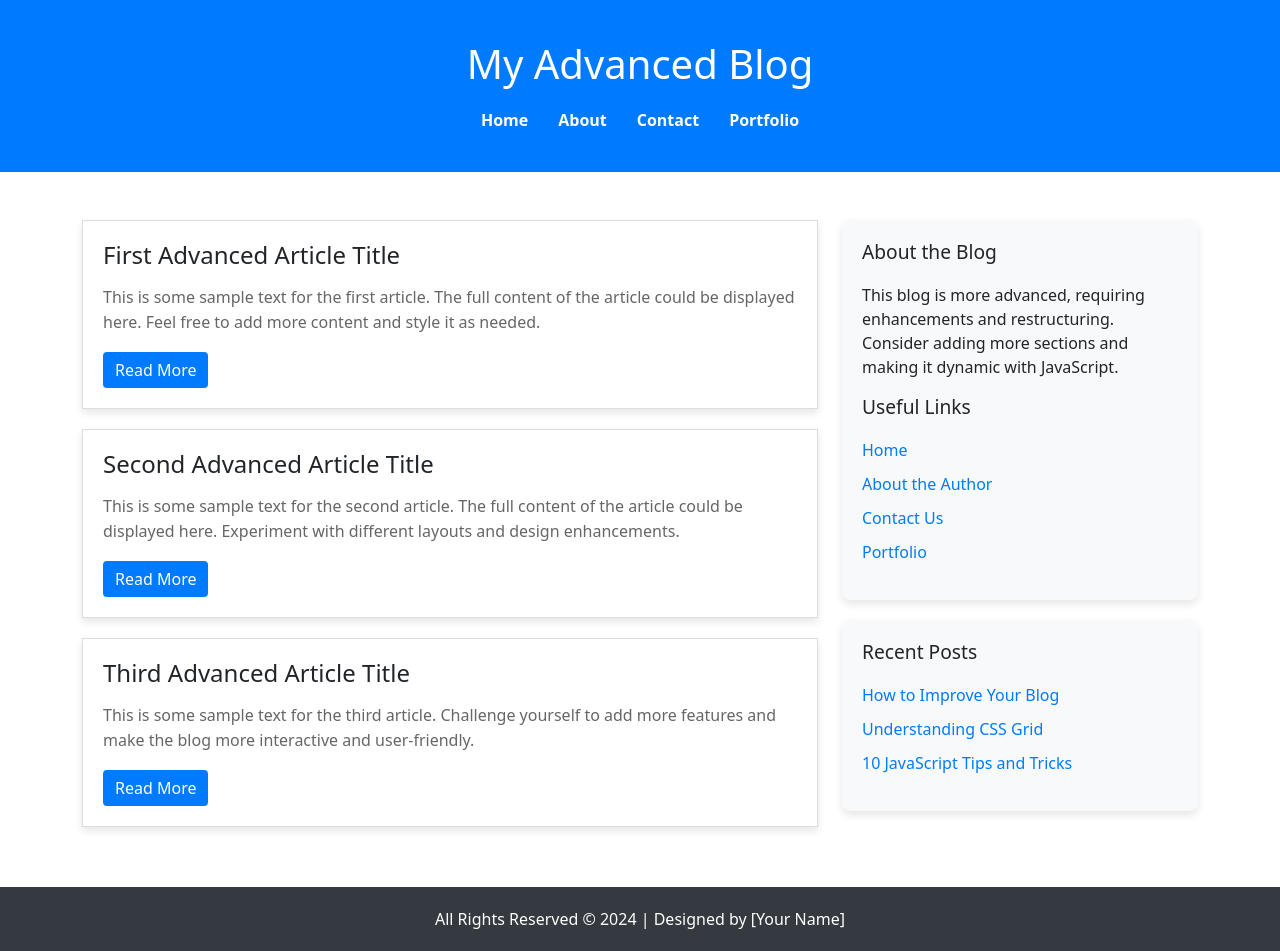
Repository: zeinawady/Blog-Code-Refactoring
Page: index.html
The author's editor kept a copy of each file at every save. The page is drawn from the files as they stood at one save, then again after the next save.
The browser window is 1280 px wide. The pictures show the whole page.

Above is the page before, as saved 2024-09-23 13:51:20.

### index.html
<!DOCTYPE html>
<html lang="en">
  <head>
    <meta charset="UTF-8" />
    <meta name="viewport" content="width=device-width, initial-scale=1.0" />
    <title>My Advanced Blog</title>
    <link rel="stylesheet" href="style.css">
    <link
      href="https://cdn.jsdelivr.net/npm/bootstrap@5.1.3/dist/css/bootstrap.min.css"
      rel="stylesheet"
    />

  </head>
  <body>
    <header>
      <h1>My Advanced Blog</h1>
      <nav>
        <a href="#">Home</a>
        <a href="#">About</a>
        <a href="#">Contact</a>
        <a href="#">Portfolio</a>
      </nav>
    </header>

    <div class="container mt-5">
      <div class="row">
        <div class="col-md-8">
          <article>
            <h2>First Advanced Article Title</h2>
            <p>
              This is some sample text for the first article. The full content
              of the article could be displayed here. Feel free to add more
              content and style it as needed.
            </p>
            <button class="btn btn-primary">Read More</button>
          </article>
          <article>
            <h2>Second Advanced Article Title</h2>
            <p>
              This is some sample text for the second article. The full content
              of the article could be displayed here. Experiment with different
              layouts and design enhancements.
            </p>
            <button class="btn btn-primary">Read More</button>
          </article>
          <article>
            <h2>Third Advanced Article Title</h2>
            <p>
              This is some sample text for the third article. Challenge yourself
              to add more features and make the blog more interactive and
              user-friendly.
            </p>
            <button class="btn btn-primary">Read More</button>
          </article>
        </div>
        <div class="col-md-4">
          <div class="sidebar">
            <h3>About the Blog</h3>
            <p>
              This blog is more advanced, requiring enhancements and
              restructuring. Consider adding more sections and making it dynamic
              with JavaScript.
            </p>
            <h3>Useful Links</h3>
            <ul>
              <li><a href="#">Home</a></li>
              <li><a href="#">About the Author</a></li>
              <li><a href="#">Contact Us</a></li>
              <li><a href="#">Portfolio</a></li>
            </ul>
          </div>
          <div class="sidebar">
            <h3>Recent Posts</h3>
            <ul>
              <li><a href="#">How to Improve Your Blog</a></li>
              <li><a href="#">Understanding CSS Grid</a></li>
              <li><a href="#">10 JavaScript Tips and Tricks</a></li>
            </ul>
          </div>
        </div>
      </div>
    </div>

    <div class="footer">
      <p>All Rights Reserved © 2024 | Designed by [Your Name]</p>
    </div>

    <script src="https://cdn.jsdelivr.net/npm/bootstrap@5.1.3/dist/js/bootstrap.bundle.min.js"></script>
  </body>
</html>

### style.css
body {
    font-family: Arial, sans-serif;
    background-color: #f4f4f9;
  }
  header {
    background-color: #007bff;
    color: white;
    padding: 40px 0;
    text-align: center;
    position: relative;
  }
  header::after {
    content: "";
    position: absolute;
    bottom: -20px;
    left: 50%;
    transform: translateX(-50%);
    width: 100px;
    height: 5px;
    background-color: white;
  }
  nav {
    display: flex;
    justify-content: center;
    margin-top: 20px;
  }
  nav a {
    color: white;
    margin: 0 15px;
    text-decoration: none;
    font-weight: bold;
  }
  nav a:hover {
    text-decoration: underline;
  }
  article {
    border: 1px solid #ddd;
    margin-bottom: 20px;
    padding: 20px;
    background-color: white;
    box-shadow: 0 4px 8px rgba(0, 0, 0, 0.1);
    transition: transform 0.3s ease, box-shadow 0.3s ease;
  }
 artcile:hover {
    transform: translateY(-5px);
    box-shadow: 0 8px 16px rgba(0, 0, 0, 0.2);
  }
  article h2 {
    font-size: 1.5rem;
    margin-bottom: 15px;
  }
  article p {
    color: #666;
    line-height: 1.6;
  }
  article .btn-primary {
    background-color: #007bff;
    border: none;
  }
  article .btn-primary:hover {
    background-color: #0056b3;
  }
  .sidebar {
    background-color: #f8f9fa;
    padding: 20px;
    border-radius: 8px;
    box-shadow: 0 4px 8px rgba(0, 0, 0, 0.1);
    margin-bottom: 20px;
  }
  .sidebar h3 {
    margin-bottom: 20px;
    font-size: 1.2rem;
  }
  .sidebar ul {
    list-style-type: none;
    padding-left: 0;
  }
  .sidebar ul li {
    margin-bottom: 10px;
  }
  .sidebar ul li a {
    color: #007bff;
    text-decoration: none;
  }
  .sidebar ul li a:hover {
    text-decoration: underline;
  }
  .footer {
    background-color: #343a40;
    color: white;
    text-align: center;
    padding: 20px;
    margin-top: 40px;
  }
  .footer p {
    margin: 0;
  }

After the next save:
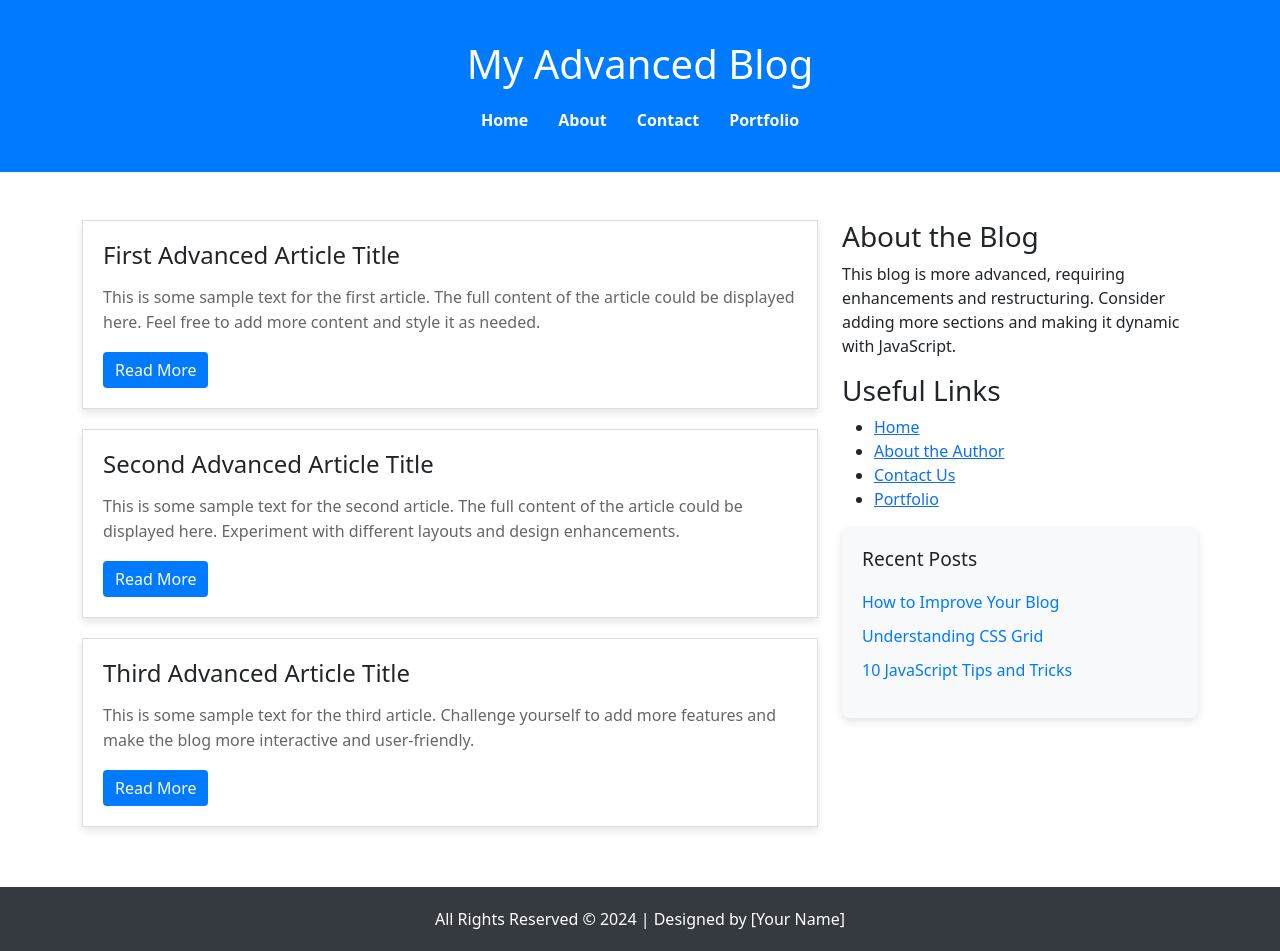
Saved 9 s later.
--- a/index.html
+++ b/index.html
@@ -54,7 +54,7 @@
           </article>
         </div>
         <div class="col-md-4">
-          <div class="sidebar">
+          <aside>
             <h3>About the Blog</h3>
             <p>
               This blog is more advanced, requiring enhancements and
@@ -68,7 +68,7 @@
               <li><a href="#">Contact Us</a></li>
               <li><a href="#">Portfolio</a></li>
             </ul>
-          </div>
+          </aside>
           <div class="sidebar">
             <h3>Recent Posts</h3>
             <ul>
